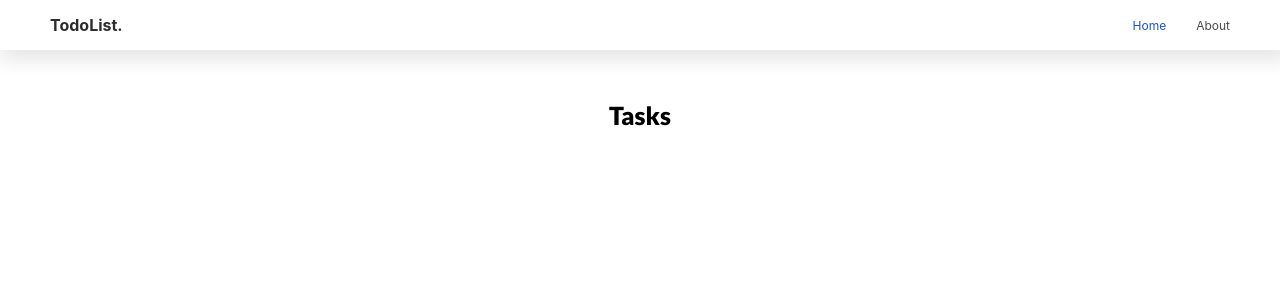
Repository: dqhuy153/react-todoList
Page: /
An editor plug-in stored every save of this project. The page is shown before and after a run of saves, followed by the edit.
The browser window is 1280 px wide. The pictures show the whole page.
The project was rebuilt for these pictures with package versions that can differ from the ones it lists, and the page was loaded fresh each time. Also part of the build but not shown: src/components/UI/LoadingSpinner.module.scss.

Above is the page before, as saved 2021-09-16 19:34:27.

After the next 2 saves:
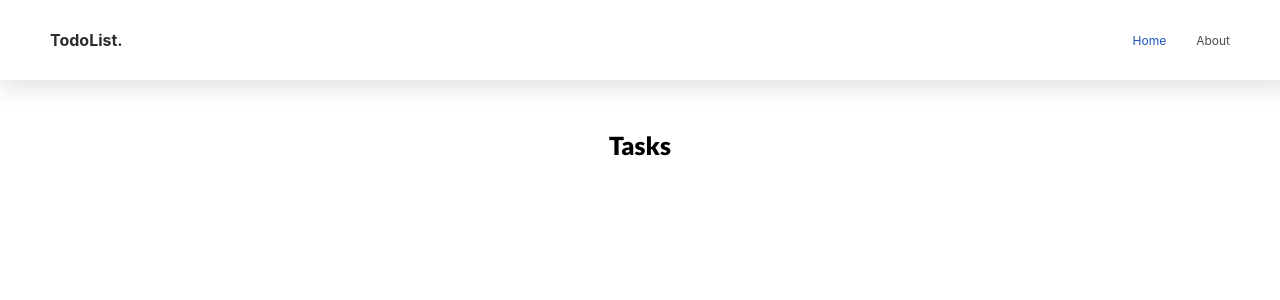
The 2 saves are shown as one change because they came seconds apart.
The last was saved 26 s later.
--- a/src/components/layout/AppNavigation.module.scss
+++ b/src/components/layout/AppNavigation.module.scss
@@ -1,6 +1,6 @@
 .header {
   width: 100%;
-  height: 5rem;
+  height: 8rem;
   display: flex;
   align-items: center;
   justify-content: space-between;
